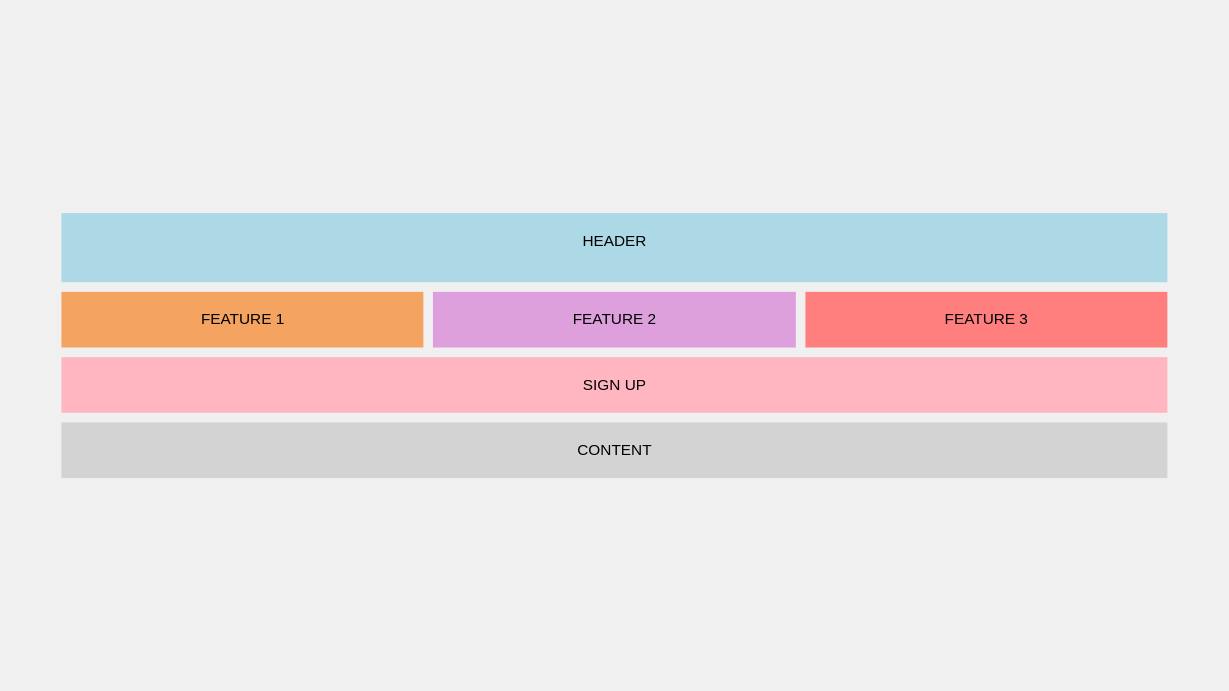
Repository: viveknaidu007/repo-152-FSD-InnomaticsTasksSep2024
Page: task_3/index.html
An editor plug-in stored every save of this project. The page is shown before and after the next save, followed by the edit.
The browser window is 1280 px wide. The pictures show the whole page, at 96% of full size.

Above is the page before, as saved 2024-10-02 11:29:08.

After the next save:
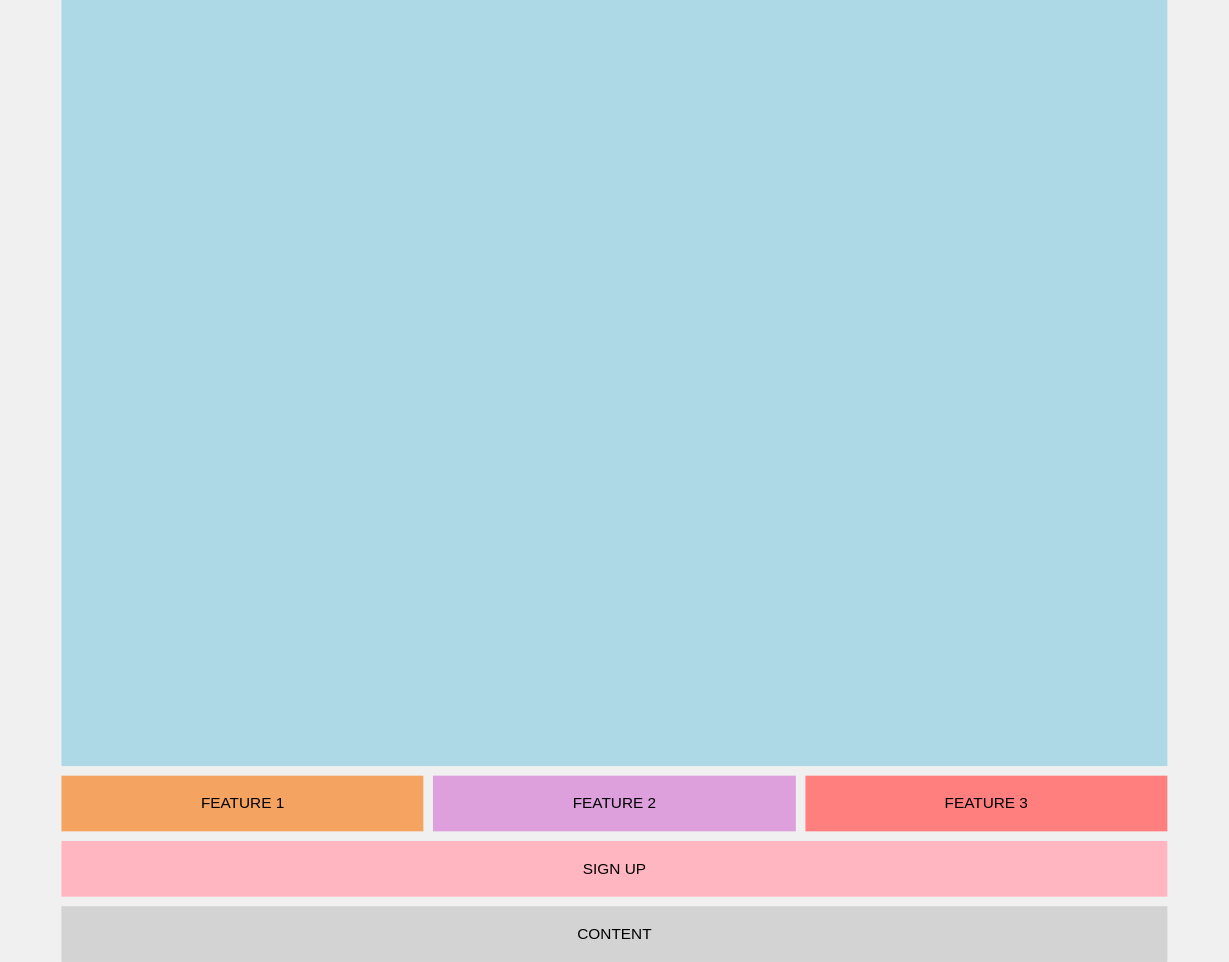
Saved 5 s later.
--- a/task_3/styles.css
+++ b/task_3/styles.css
@@ -34,7 +34,7 @@
     text-align: center;
     padding: 20px;
     position: static;
-    height: 10vh;
+    height: 150vh;
   }
 
   .content {
